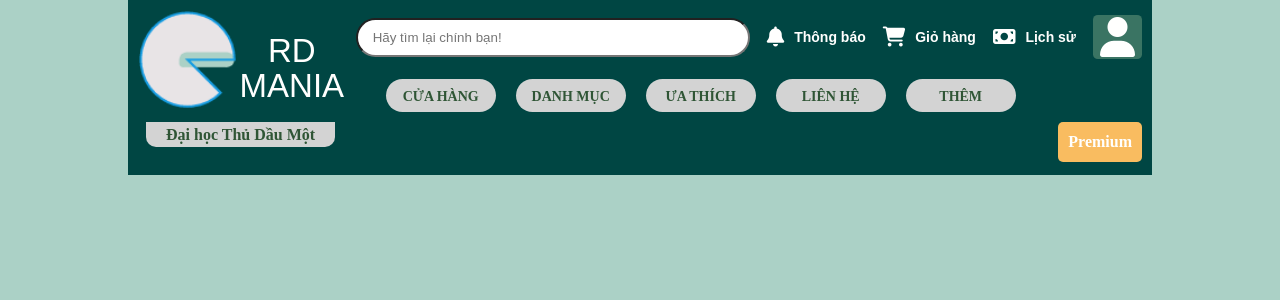
Repository: BinhTeach/rdmania
Page: Html/main.html
An editor plug-in stored every save of this project. The page is shown before and after a run of saves, followed by the edit.
The browser window is 1280 px wide. The pictures show the whole page.
Some web fonts or font styles are not loaded; a fallback is used. Some web libraries are served in a nearby version.

Above is the page before, as saved 2024-03-01 00:38:59.

After the next 4 saves:
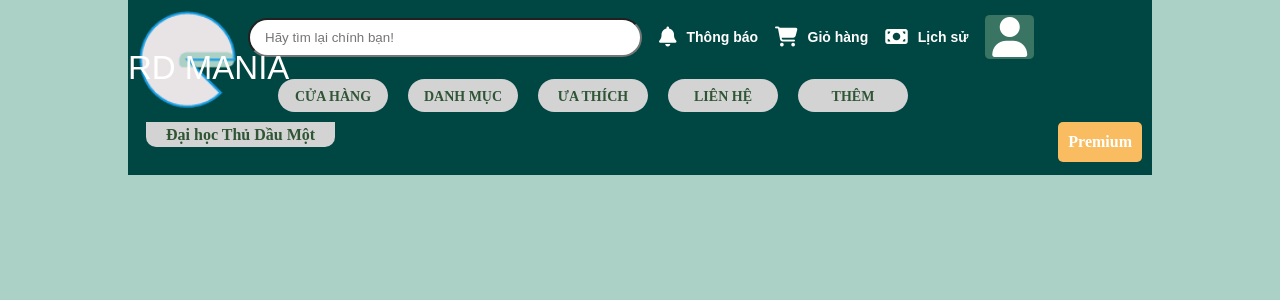
The 4 saves are shown as one change because they came seconds apart.
The last was saved 30 s later.
--- a/Css/styles.css
+++ b/Css/styles.css
@@ -169,8 +169,8 @@
     padding-top: 15px;
     line-height: 1.05;
     white-space: wrap;
-    position: relative;
-    z-index: index 1;
+    position: absolute;
+
 }
 .header__nav{
     display:flex;
